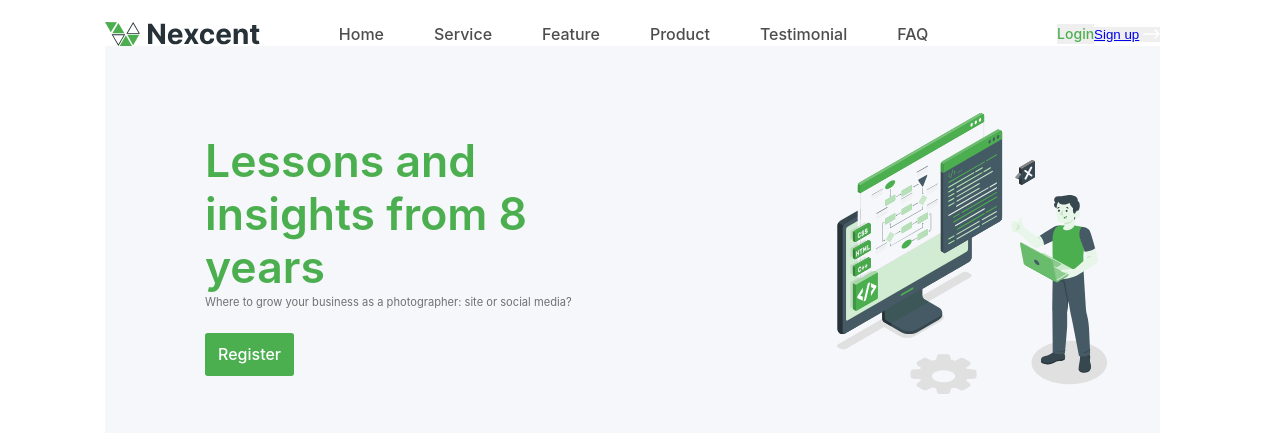
Repository: kubrazamanova/Folder4
Page: homePage/index.html
The author's editor kept a copy of each file at every save. The page is drawn from the files as they stood at one save, then again after the next save.
The browser window is 1280 px wide. The pictures show the whole page.

Above is the page before, as saved 2023-11-11 11:39:29.

After the next save:
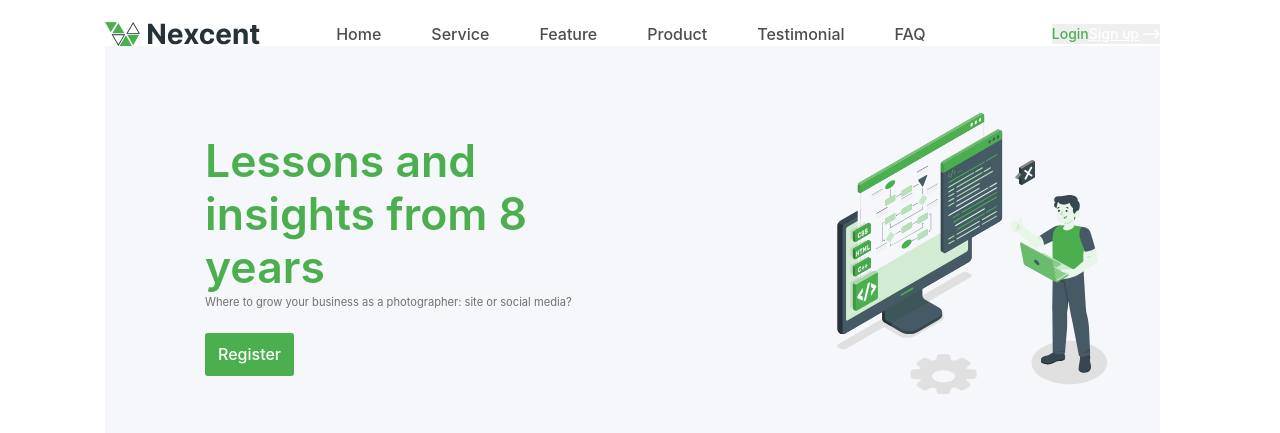
Saved 8 s later.
--- a/homePage/index.css
+++ b/homePage/index.css
@@ -55,7 +55,16 @@ line-height: 20px; /* 142.857% */
 text-decoration: none;
 }
 .container nav .signup-btn a{
+  color: var(--default-white, #FFF);
+text-align: center;
+font-feature-settings: 'salt' on, 'clig' off, 'liga' off;
 
+/* Label / Medium Label */
+font-family: Inter;
+font-size: 14px;
+font-style: normal;
+font-weight: 500;
+line-height: 20px; /* 142.857% */
 }
 
 .container .box2 {
